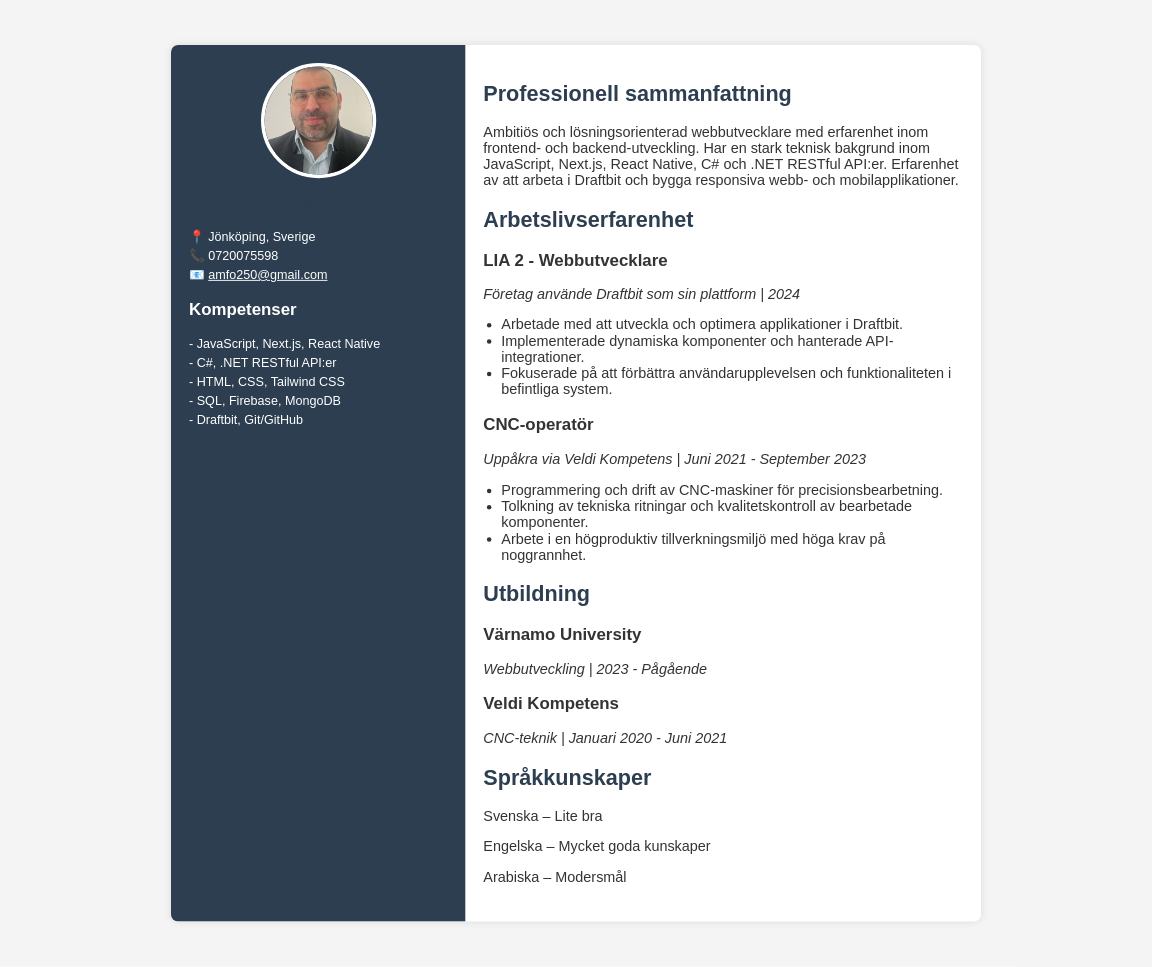
Repository: aobeid1979/AmmarObeid
Page: index.html
The author's editor kept a copy of each file at every save. The page is drawn from the files as they stood at one save, then again after the next save.
The browser window is 1280 px wide. The pictures show the whole page, at 90% of full size.

Above is the page before, as saved 2025-03-19 12:28:29.

### index.html
<!DOCTYPE html>
<html lang="sv">
<head>
    <meta charset="UTF-8">
    <meta name="viewport" content="width=device-width, initial-scale=1.0">
    <title>Ammar Obeid - CV</title>
    <style>
        body {
            font-family: Arial, sans-serif;
            margin: 0;
            padding: 0;
            background-color: #f4f4f4;
            color: #333;
        }
        .container {
            display: flex;
            max-width: 900px;
            margin: 50px auto;
            background: white;
            border-radius: 8px;
            box-shadow: 0 0 10px rgba(0, 0, 0, 0.1);
            overflow: hidden;
        }
        .left-panel {
            background-color: #2c3e50;
            color: white;
            width: 35%;
            padding: 20px;
            text-align: center;
        }
        .left-panel img {
            width: 120px;
            height: 120px;
            border-radius: 50%;
            object-fit: cover;
            border: 4px solid white;
        }
        .left-panel h2 {
            margin-top: 10px;
            font-size: 20px;
        }
        .contact-info, .skills {
            text-align: left;
            margin-top: 20px;
        }
        .contact-info p, .skills p {
            margin: 5px 0;
            font-size: 14px;
        }
        .right-panel {
            width: 65%;
            padding: 20px;
        }
        h1, h2 {
            color: #2c3e50;
        }
        .section {
            margin-bottom: 20px;
        }
        ul {
            padding-left: 20px;
        }
    </style>
</head>
<body>
    <div class="container">
        <div class="left-panel">
            <img src="Ammar bild.jpg" alt="Ammar Obeid">
            <h2>Ammar Obeid</h2>
            <div class="contact-info">
                <p>📍 Jönköping, Sverige</p>
                <p>📞 0720075598</p>
                <p>📧 <a href="mailto:amfo250@gmail.com" style="color: white;">amfo250@gmail.com</a></p>
            </div>
            <div class="skills">
                <h3>Kompetenser</h3>
                <p>- JavaScript, Next.js, React Native</p>
                <p>- C#, .NET RESTful API:er</p>
                <p>- HTML, CSS, Tailwind CSS</p>
                <p>- SQL, Firebase, MongoDB</p>
                <p>- Draftbit, Git/GitHub</p>
            </div>
        </div>
        <div class="right-panel">
            <div class="section">
                <h2>Professionell sammanfattning</h2>
                <p>Ambitiös och lösningsorienterad webbutvecklare med erfarenhet inom frontend- och backend-utveckling. Har en stark teknisk bakgrund inom JavaScript, Next.js, React Native, C# och .NET RESTful API:er. Erfarenhet av att arbeta i Draftbit och bygga responsiva webb- och mobilapplikationer.</p>
            </div>
            <div class="section">
                <h2>Arbetslivserfarenhet</h2>
                <h3>LIA 2 - Webbutvecklare</h3>
                <p><em>Företag använde Draftbit som sin plattform | 2024</em></p>
                <ul>
                    <li>Arbetade med att utveckla och optimera applikationer i Draftbit.</li>
                    <li>Implementerade dynamiska komponenter och hanterade API-integrationer.</li>
                    <li>Fokuserade på att förbättra användarupplevelsen och funktionaliteten i befintliga system.</li>
                </ul>
                <h3>CNC-operatör</h3>
                <p><em>Uppåkra via Veldi Kompetens | Juni 2021 - September 2023</em></p>
                <ul>
                    <li>Programmering och drift av CNC-maskiner för precisionsbearbetning.</li>
                    <li>Tolkning av tekniska ritningar och kvalitetskontroll av bearbetade komponenter.</li>
                    <li>Arbete i en högproduktiv tillverkningsmiljö med höga krav på noggrannhet.</li>
                </ul>
            </div>
            <div class="section">
                <h2>Utbildning</h2>
                <h3>Värnamo University</h3>
                <p><em>Webbutveckling | 2023 - Pågående</em></p>
                <h3>Veldi Kompetens</h3>
                <p><em>CNC-teknik | Januari 2020 - Juni 2021</em></p>
            </div>
            <div class="section">
                <h2>Språkkunskaper</h2>
                <p>Svenska – Lite bra</p>
                <p>Engelska – Mycket goda kunskaper</p>
                <p>Arabiska – Modersmål</p>
            </div>
        </div>
    </div>
</body>
</html>

After the next save:
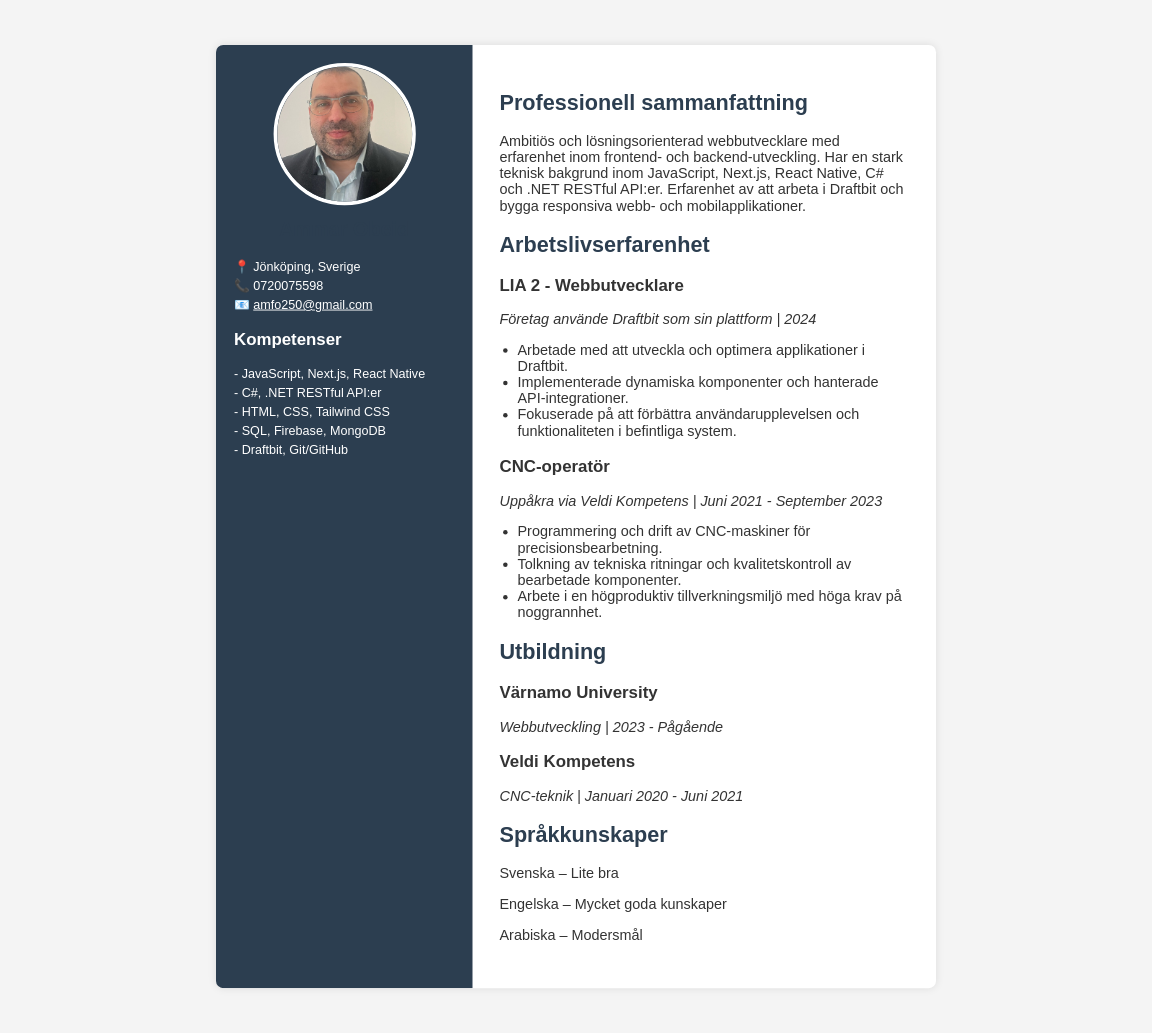
Saved 2 min 39 s later.
--- a/index.html
+++ b/index.html
@@ -14,7 +14,7 @@
         }
         .container {
             display: flex;
-            max-width: 900px;
+            max-width: 800px;
             margin: 50px auto;
             background: white;
             border-radius: 8px;
@@ -29,15 +29,15 @@
             text-align: center;
         }
         .left-panel img {
-            width: 120px;
-            height: 120px;
+            width: 150px;
+            height: 150px;
             border-radius: 50%;
             object-fit: cover;
             border: 4px solid white;
         }
         .left-panel h2 {
             margin-top: 10px;
-            font-size: 20px;
+            font-size: 22px;
         }
         .contact-info, .skills {
             text-align: left;
@@ -49,7 +49,7 @@
         }
         .right-panel {
             width: 65%;
-            padding: 20px;
+            padding: 30px;
         }
         h1, h2 {
             color: #2c3e50;
